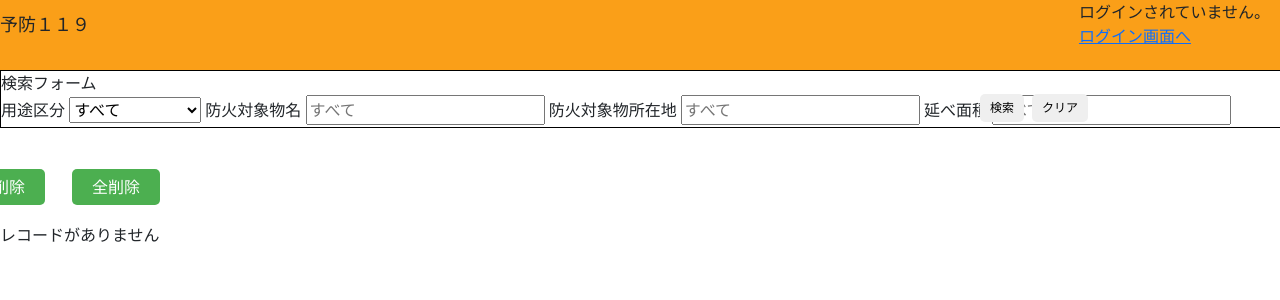
Repository: akarisuki/docker-taishobutu_app
Page: http://localhost/taishobutu_app/taishobutu/taishobutu_index.php
These files come from the project's save history. The page is drawn as it stood at one moment and after the next save; the edit follows.
The browser window is 1280 px wide. The pictures show the whole page.
The page is run by PHP 8.4 with error messages shown; the project is at /var/www/html/. Style sheets and scripts are compiled from the project's sources, by tool versions that may differ from the author's. The database holds what the project's SQL file puts in it.

Above is the page before, as saved 2023-12-29 11:16:56.
Console error: ReferenceError: $ is not defined

After the next save:
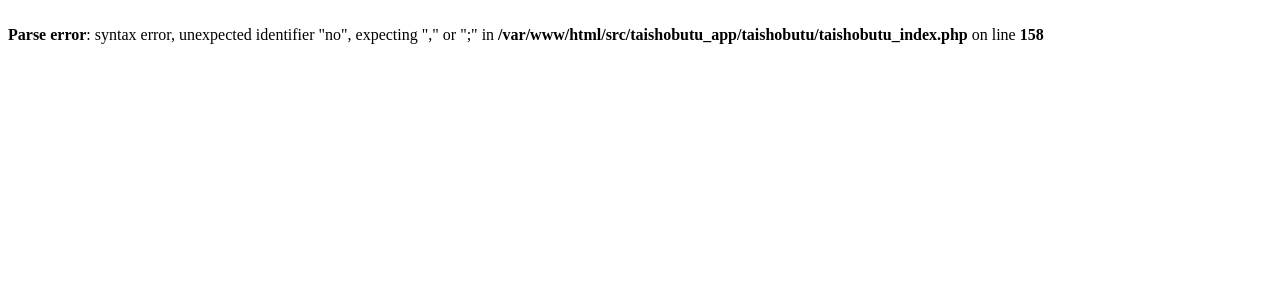
The error is gone.
Saved 84 s later.
--- a/src/taishobutu_app/taishobutu/taishobutu_index.php
+++ b/src/taishobutu_app/taishobutu/taishobutu_index.php
@@ -155,7 +155,7 @@
 }
 
 if ($result_count === 0) {
-    echo "<p>レコードがありません</p>";
+    echo "<div class="no-"><p>レコードがありません</p></div>";
 } else {
     echo "<table class='excel-style'>";
     echo "<thead>";

After the save that followed:
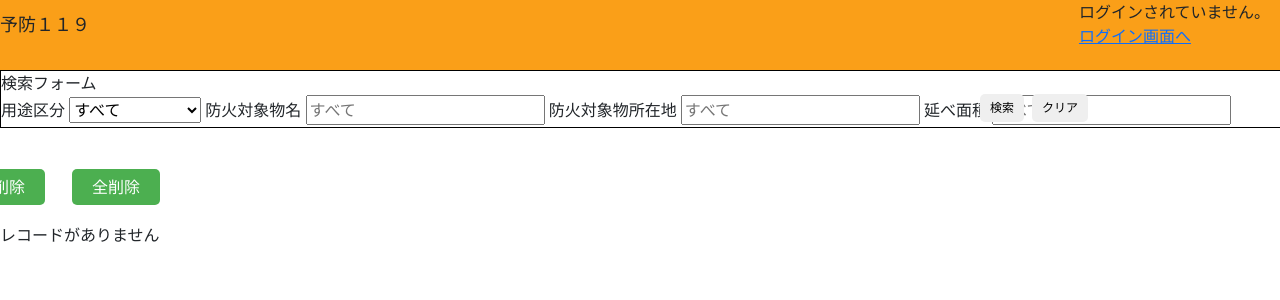
Console error: ReferenceError: $ is not defined
Saved 2 min 4 s later.
--- a/src/taishobutu_app/taishobutu/taishobutu_index.php
+++ b/src/taishobutu_app/taishobutu/taishobutu_index.php
@@ -155,7 +155,7 @@
 }
 
 if ($result_count === 0) {
-    echo "<div class="no-"><p>レコードがありません</p></div>";
+    echo "<div class='no-lecord'><p>レコードがありません</p></div>";
 } else {
     echo "<table class='excel-style'>";
     echo "<thead>";
